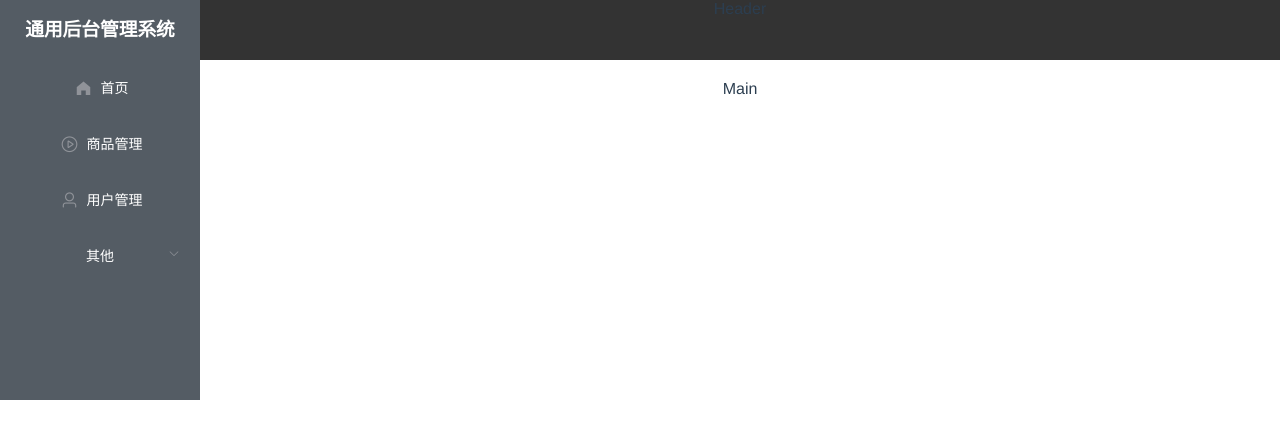
Repository: zhangwen001208/cmd
Page: /
These files come from the project's save history. The page is drawn as it stood at one moment and after the next save; the edit follows.
The browser window is 1280 px wide. The pictures show the whole page.
The project was rebuilt for these pictures with package versions that can differ from the ones it lists, and the page was loaded fresh each time. Also part of the build but not shown: vue.config.js.

Above is the page before, as saved 2022-08-24 17:24:10.

After the next save:
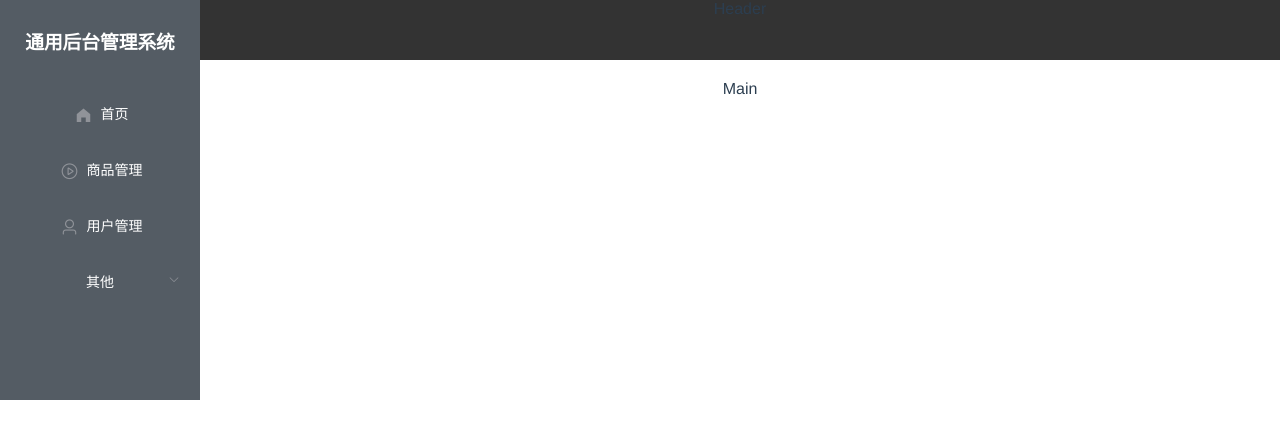
Saved 60 s later.
--- a/src/components/HomeAside.vue
+++ b/src/components/HomeAside.vue
@@ -114,6 +114,7 @@
     h3{
       color: #fff;
       text-align: center;
+      line-height: 48px;
 
     }
   }

After the save that followed:
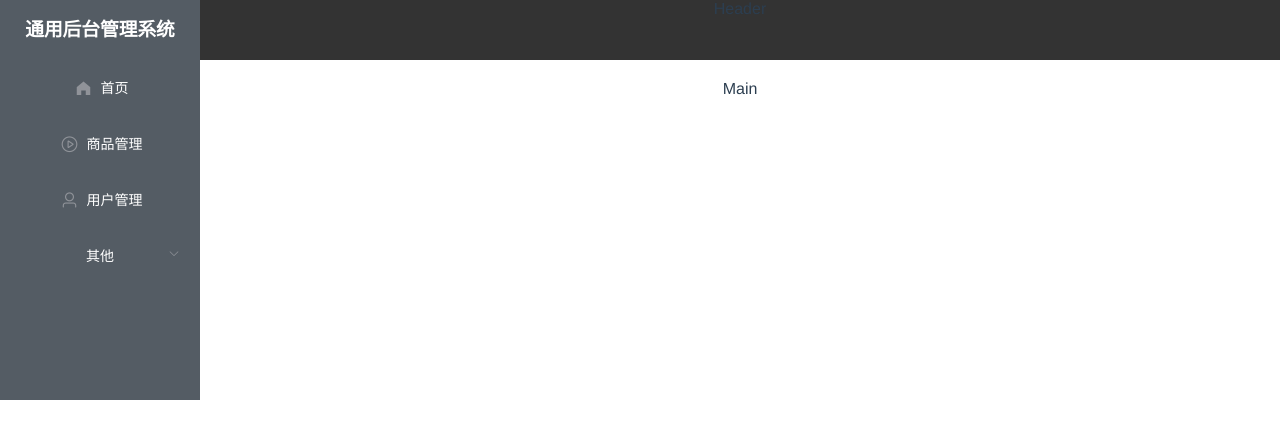
Saved 15 s later.
--- a/src/components/HomeAside.vue
+++ b/src/components/HomeAside.vue
@@ -114,7 +114,7 @@
     h3{
       color: #fff;
       text-align: center;
-      line-height: 48px;
+      // line-height: 48px;
 
     }
   }
